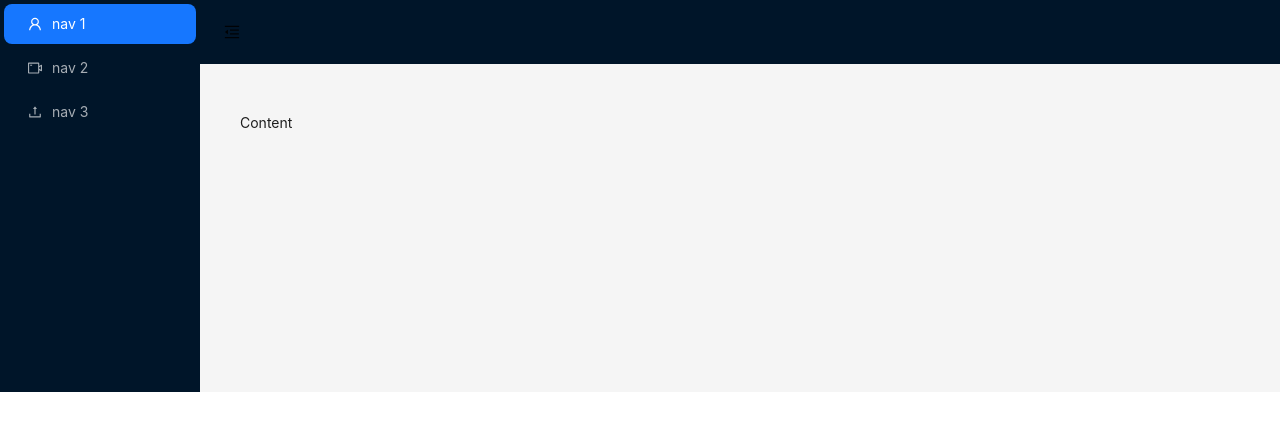
Repository: Ducbii4202/Inter-Management
Page: / (app in managament-system/)
These files come from the project's save history. The page is drawn as it stood at one moment and after the next save; the edit follows.
The browser window is 1280 px wide. The pictures show the whole page.
The project was rebuilt for these pictures with package versions that can differ from the ones it lists, and the page was loaded fresh each time. Also part of the build but not shown: managament-system/vite.config.js.

Above is the page before, as saved 2023-12-26 00:59:46.

After the next save:
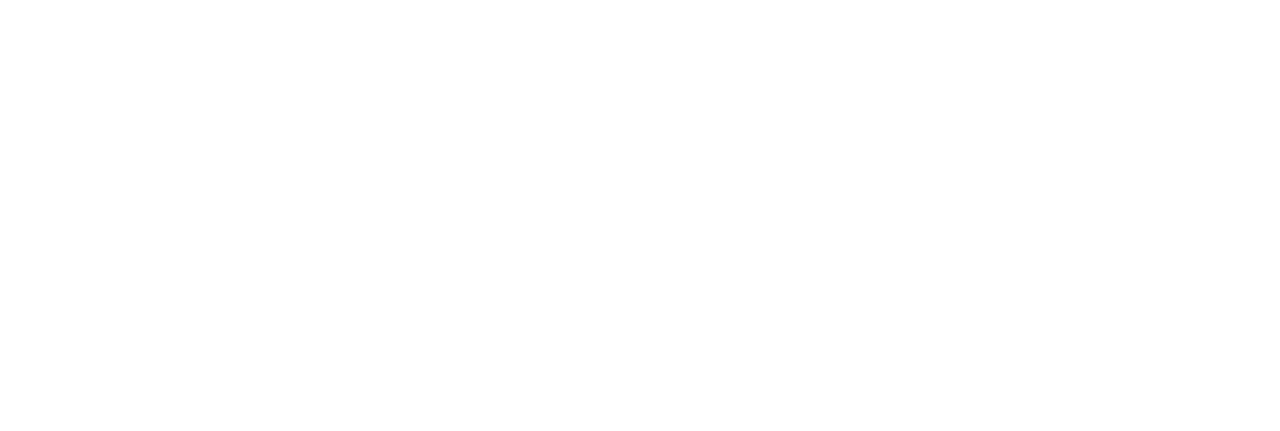
Console error: ReferenceError: colorBgContainer is not defined
Saved 8 s later.
--- a/managament-system/src/component/DashboardPage.jsx
+++ b/managament-system/src/component/DashboardPage.jsx
@@ -62,7 +62,7 @@
               margin: "24px 16px",
               padding: 24,
               minHeight: 280,
-              //   background: colorBgContainer,
+              background: colorBgContainer,
               //   borderRadius: borderRadiusLG,
             }}
           >

After the save that followed:
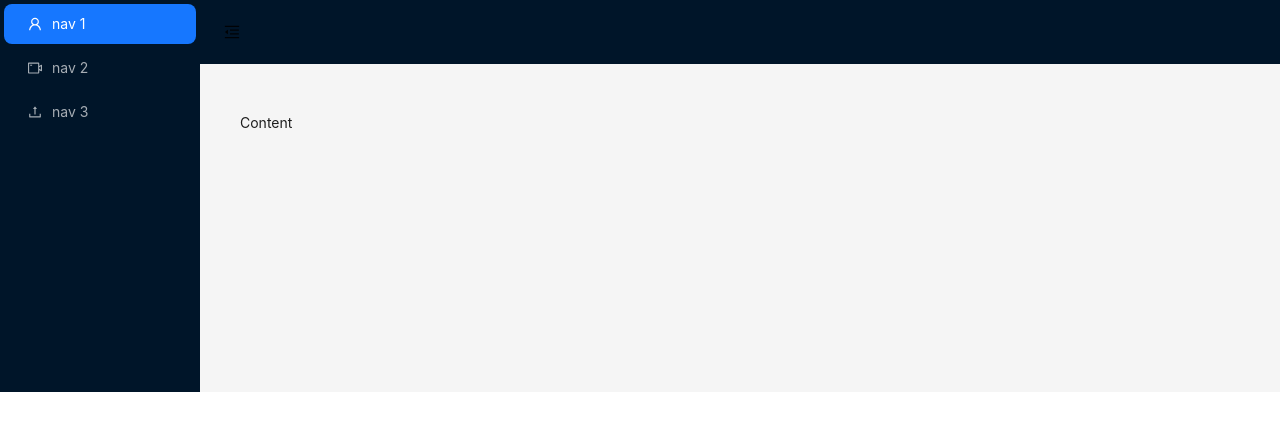
The error is gone.
Saved 18 s later.
--- a/managament-system/src/component/DashboardPage.jsx
+++ b/managament-system/src/component/DashboardPage.jsx
@@ -62,7 +62,7 @@
               margin: "24px 16px",
               padding: 24,
               minHeight: 280,
-              background: colorBgContainer,
+              //   background: colorBgContainer,
               //   borderRadius: borderRadiusLG,
             }}
           >
